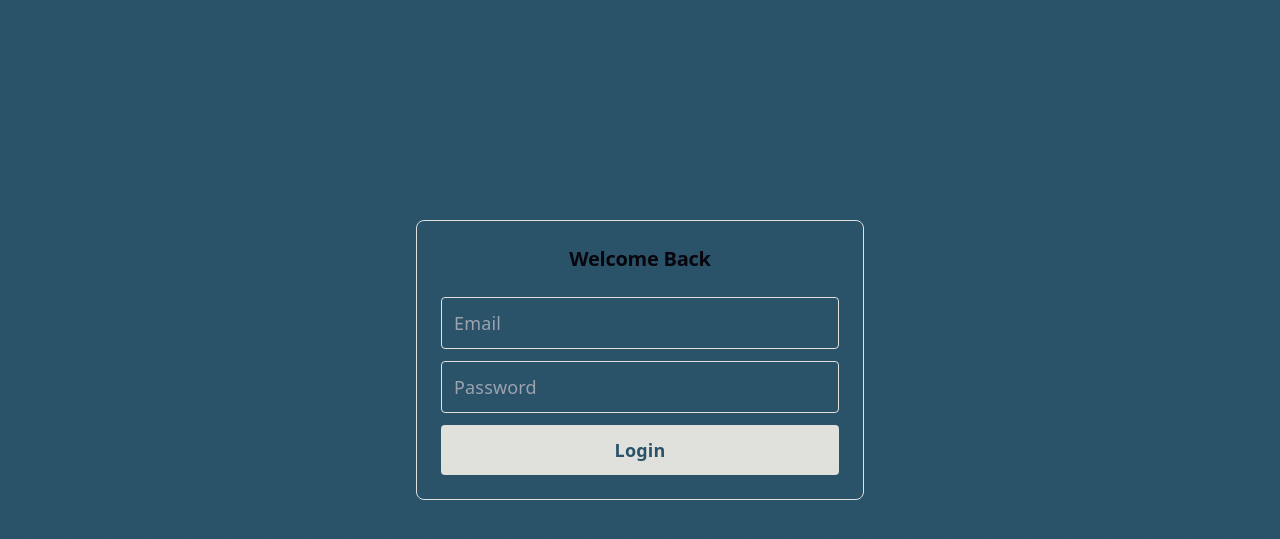
Repository: Farazdaq/stripe-payment-integration
Page: /dashboard (app in stripe-integration-react-dashboard/)
An editor plug-in stored every save of this project. The page is shown before and after the next save, followed by the edit.
The browser window is 1280 px wide. The pictures show the whole page.
Some web fonts or font styles are not loaded; a fallback is used. The project was rebuilt for these pictures with package versions that can differ from the ones it lists, and the page was loaded fresh each time. Also part of the build but not shown: stripe-integration-react-dashboard/vite.config.ts, stripe-integration-react-dashboard/src/App.css.

Above is the page before, as saved 2026-05-16 13:12:48.

After the next save:
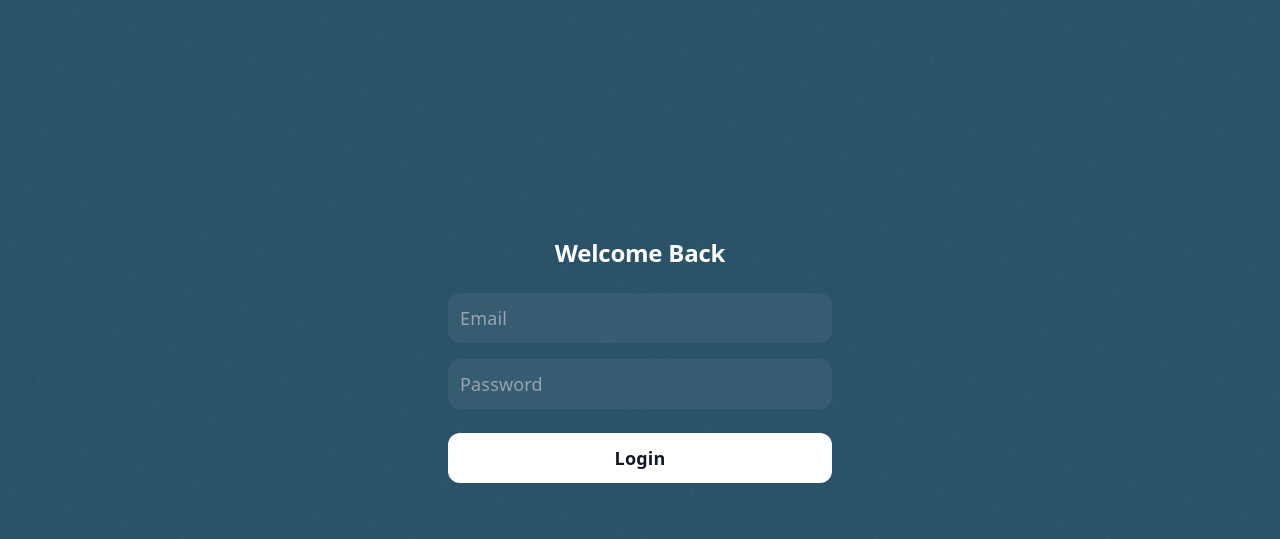
Saved 3 min 31 s later.
--- a/stripe-integration-react-dashboard/src/features/dashboard/pages/LoginScreen.tsx
+++ b/stripe-integration-react-dashboard/src/features/dashboard/pages/LoginScreen.tsx
@@ -6,7 +6,6 @@ export default function LoginScreen() {
 
   const [email, setEmail] = useState("");
   const [password, setPassword] = useState("");
-
   const [error, setError] = useState<string | null>(null);
 
   const handleLogin = () => {
@@ -20,7 +19,6 @@ export default function LoginScreen() {
     if (email === "test@test.com" && password === "123") {
       setError(null);
       alert("Login success ✅");
-      // 👉 here you would navigate to dashboard
     } else {
       setError("Invalid email or password");
     }
@@ -34,93 +32,93 @@ export default function LoginScreen() {
         color: theme.colors.text,
       }}
     >
-      {/* 🌫️ Animated fading lines background */}
-      <div className="absolute inset-0 overflow-hidden">
-        <div className="fading-lines"></div>
-      </div>
+      {/* 🌊 TOP STYLISH LINES */}
+      <div className="top-lines" />
 
       {/* LOGIN CARD */}
-      <div
-        className="relative z-10 w-[90%] max-w-md p-6 rounded-lg backdrop-blur-md"
-        style={{
-          border: `1px solid ${theme.colors.borderColor}`,
-          backgroundColor: theme.colors.containerCopBackgroundColor,
-        }}
-      >
-        <h2 className="text-xl font-semibold text-center mb-6">Welcome Back</h2>
+      <div className="relative z-10 w-[92%] max-w-md p-8 rounded-2xl">
+        {/* TITLE */}
+        <h2
+          className="text-center text-2xl font-semibold mb-6"
+          style={{ color: "#ffffff" }}
+        >
+          Welcome Back
+        </h2>
 
-        {/* EMAIL */}
-        <input
-          type="email"
-          placeholder="Email"
-          value={email}
-          onChange={(e) => setEmail(e.target.value)}
-          className="w-full p-3 mb-3 rounded outline-none"
-          style={{
-            border: `1px solid ${theme.colors.borderColor}`,
-            backgroundColor: "transparent",
-            color: theme.colors.text,
-          }}
-        />
+        {/* INPUTS */}
+        <div className="flex flex-col gap-4">
+          <input
+            type="email"
+            placeholder="Email"
+            value={email}
+            onChange={(e) => setEmail(e.target.value)}
+            className="w-full p-3 rounded-xl outline-none"
+            style={{
+              backgroundColor: "rgba(255,255,255,0.06)",
+              color: "#fff",
+            }}
+          />
 
-        {/* PASSWORD */}
-        <input
-          type="password"
-          placeholder="Password"
-          value={password}
-          onChange={(e) => setPassword(e.target.value)}
-          className="w-full p-3 mb-3 rounded outline-none"
-          style={{
-            border: `1px solid ${theme.colors.borderColor}`,
-            backgroundColor: "transparent",
-            color: theme.colors.text,
-          }}
-        />
+          <input
+            type="password"
+            placeholder="Password"
+            value={password}
+            onChange={(e) => setPassword(e.target.value)}
+            className="w-full p-3 rounded-xl outline-none"
+            style={{
+              backgroundColor: "rgba(255,255,255,0.06)",
+              color: "#fff",
+            }}
+          />
+        </div>
 
         {/* ERROR */}
         {error && (
-          <div className="text-red-500 text-sm mb-3 font-medium">{error}</div>
+          <div className="text-red-400 text-sm mt-3 text-center">{error}</div>
         )}
 
         {/* BUTTON */}
         <button
           onClick={handleLogin}
-          className="w-full p-3 rounded font-semibold transition-all hover:opacity-80"
+          className="w-full mt-6 p-3 rounded-xl font-semibold transition-all hover:opacity-80"
           style={{
-            backgroundColor: theme.colors.text,
-            color: theme.colors.containerCopBackgroundColor,
+            backgroundColor: "#ffffff",
+            color: "#111827",
           }}
         >
           Login
         </button>
       </div>
 
-      {/* 🌊 CSS FADING LINES */}
+      {/* 🌊 TOP LINES STYLE */}
       <style>{`
-        .fading-lines {
+        .top-lines {
           position: absolute;
+          top: -50%;
+          left: -50%;
           width: 200%;
           height: 200%;
           background-image: linear-gradient(
-              rgba(255,255,255,0.03) 1px,
+              rgba(255,255,255,0.04) 1px,
               transparent 1px
             ),
             linear-gradient(
               90deg,
-              rgba(255,255,255,0.03) 1px,
+              rgba(255,255,255,0.04) 1px,
               transparent 1px
             );
-          background-size: 40px 40px;
-          animation: moveLines 20s linear infinite;
-          opacity: 0.4;
+          background-size: 60px 60px;
+          transform: rotate(15deg);
+          animation: floatLines 25s linear infinite;
+          opacity: 0.5;
         }
 
-        @keyframes moveLines {
+        @keyframes floatLines {
           from {
-            transform: translate(0, 0);
+            transform: translate(0, 0) rotate(15deg);
           }
           to {
-            transform: translate(-40px, -40px);
+            transform: translate(-60px, -60px) rotate(15deg);
           }
         }
       `}</style>
